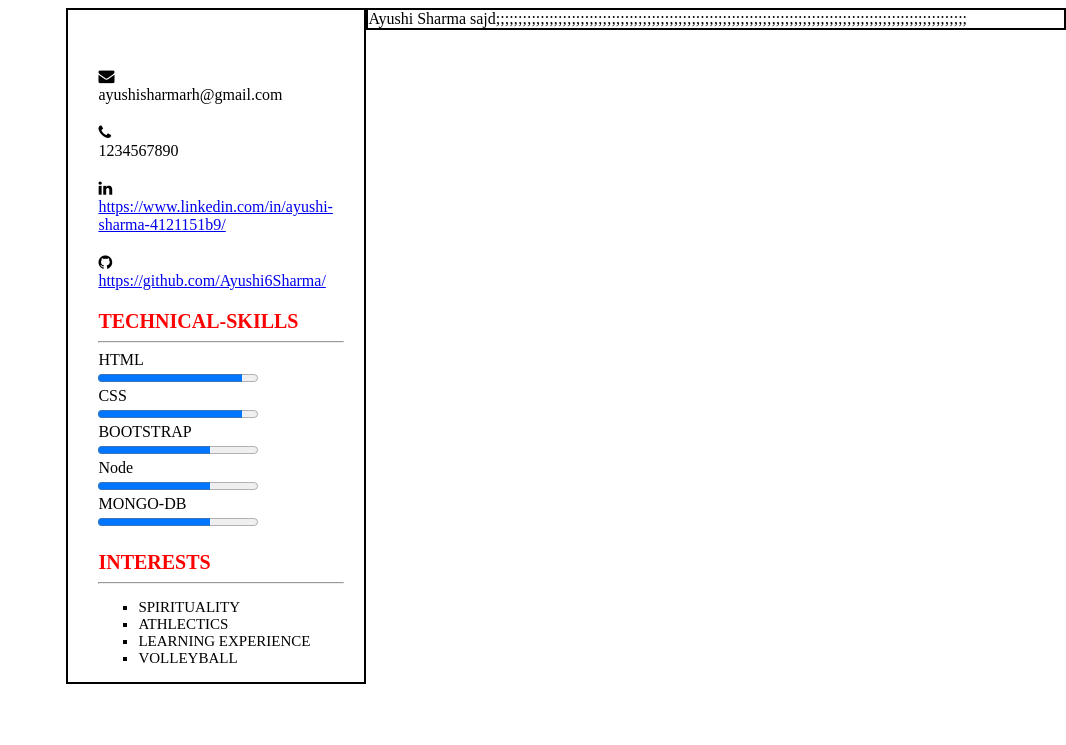
Repository: Ayushi6Sharma/Resume
Page: index.html
These files come from the project's save history. The page is drawn as it stood at one moment and after the next save; the edit follows.
The browser window is 600 px wide. The page is 1066 px wide, then 600 px, so the pictures cover 1066 px, including what lies to the right of the window. The pictures show the whole page.

Above is the page before, as saved 2022-05-04 00:23:55.

After the next save:
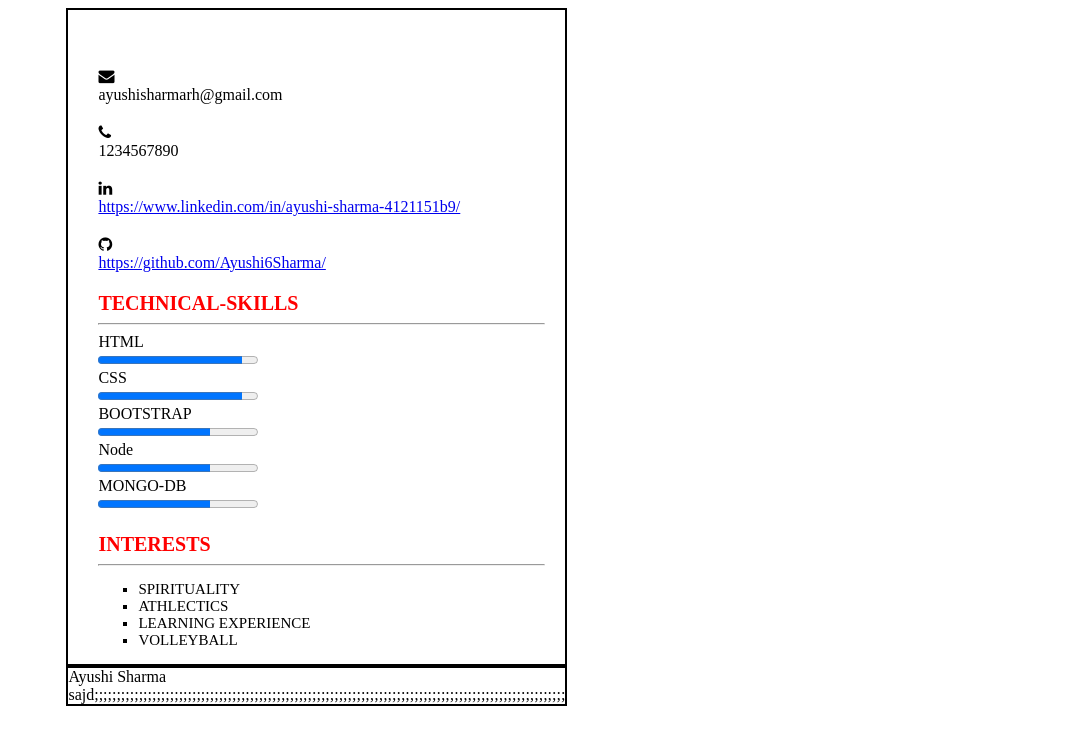
Saved 17 s later.
--- a/style.css
+++ b/style.css
@@ -1,9 +1,4 @@
- @media only screen and (max-width:700px)
-{   .main-content
-    {
-        grid-template-columns:repeat(1,1fr);
-    }
-}
+
 .main-content
 {
     display: grid;
@@ -46,3 +41,9 @@ progress{
     list-style-type: square;
     font-size: 15px;
 }
+@media only screen and (max-width:700px)
+{   .main-content
+    {
+        grid-template-columns:repeat(1,1fr);
+    }
+}
